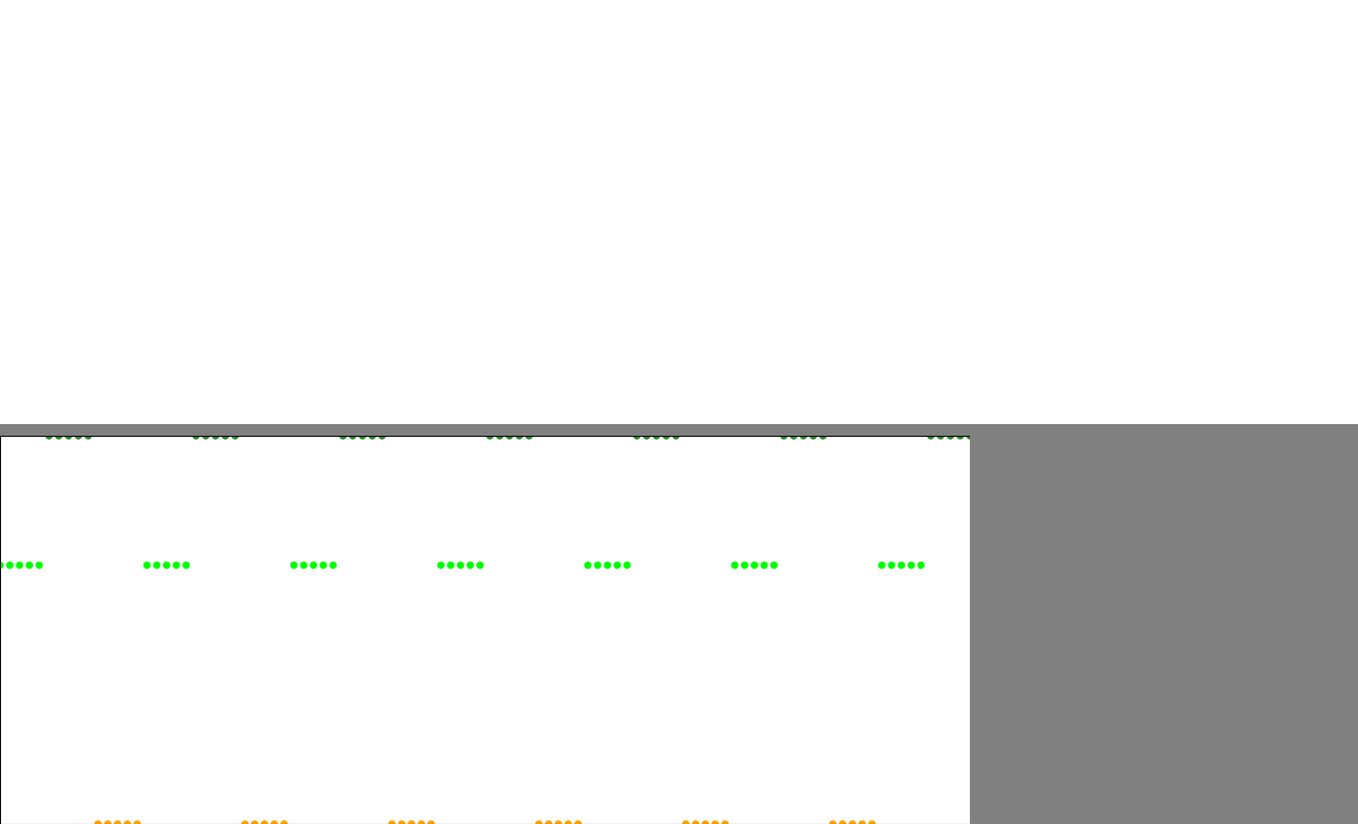
Repository: Carty-Bao/BNPHMM
Script's output: python code/synth.py
An editor plug-in stored every save of this project. The script's output is shown before and after the next save, followed by the edit.
The pictures are shown at 97% of full size.
Each picture stacks the figures in order, with grey between them; figures that are only written to a file come last. Figures wider than 1,400 px are first shrunk to that width. Random numbers start from a fixed seed.

Above is the script's output before, as saved 2022-08-18 10:29:12.

### code/synth.py
'''
author: Jiadi
Date: 2022.5.7
TODO: add parser
'''
import random
from math import ceil
import numpy as np
import pylab as P
from scipy.stats import entropy
# from torch import threshold

def _blob(x,y,area,colour):
    """
    Draws a square-shaped blob with the given area (< 1) at
    the given coordinates.
    """
    hs = np.sqrt(area) / 2
    xcorners = np.array([x - hs, x + hs, x + hs, x - hs])
    ycorners = np.array([y - hs, y - hs, y + hs, y + hs])
    P.fill(xcorners, ycorners, colour, edgecolor=colour)

def hinton(W, maxWeight=None):
    """
    Draws a Hinton diagram for visualizing a weight matrix.
    Temporarily disables matplotlib interactive mode if it is on,
    otherwise this takes forever.
    """
    reenable = False
    if P.isinteractive():
        P.ioff()
    P.clf()
    height, width = W.shape
    if not maxWeight:
        maxWeight = 2**np.ceil(np.log(np.max(np.abs(W)))/np.log(2))

    P.fill(np.array([0,width,width,0]),np.array([0,0,height,height]),'gray')
    P.axis('off')
    P.axis('equal')
    for x in range(width):
        for y in range(height):
            _x = x+1
            _y = y+1
            w = W[y,x]
            if w > 0:
                _blob(_x - 0.5, height - _y + 0.5, min(1,w/maxWeight),'white')
            elif w < 0:
                _blob(_x - 0.5, height - _y + 0.5, min(1,-w/maxWeight),'black')
    if reenable:
        P.ion()
    P.show()

def gen_alpha(type = 'jitter', K = 3):
    '''
    为HMM生成状态转移矩阵和HMM集群中心
    type:调制基形,以PRI为例,可选的调制基形:
    'jitter','stagger','slide','dwell'
    center:不同调制基形对应不同集群中心,如果不指定集群中心,默认中心个数=3

    默认均为一维变量
    '''

    if type == 'jitter':
        assert K==1, "K must be 1"
        alpha = np.eye(K)
    if type in ['stagger', 'agile', 'dwell']:
        alpha = np.eye(K)
        while(1 in np.diag(alpha)):
            np.random.shuffle(alpha)
    if type == 'slide':
        alpha = np.eye(K)
        alpha = np.vstack((alpha[1:],alpha[0]))
    # if type == 'dwell':
    #     tr = np.eye(K)
    #     while(1 in np.diag(tr)):
    #         np.random.shuffle(tr)
    #     alpha = 0.05*tr + np.eye(K)
    return alpha

def Non_ideal_HMM(N, K, XDim=1, mu_sd_factor=0, L=10, spur_ratio=0, miss_ratio=0,type='stagger', mu = None):
    '''N: number of observations
    K: number of discrete components
    XDim: dimensionality of observed data (default = 2)
    mu:HMM集群的中心值，如果没有制定就是[100, 110, 120,...]

    计算虚假脉冲和缺失脉冲个数'''

    spur_num = np.floor(spur_ratio * N)
    miss_num = np.floor(miss_ratio * N)
    N_unideal = int(N + spur_num + miss_num)
    X = np.zeros((N_unideal,XDim))
    Y = np.zeros((N_unideal,L))
    z = np.zeros(K)#记录上一个状态
    Z = np.zeros((N_unideal, 1))
    alpha = gen_alpha(type=type, K=K)

    beta = 0.1 #intial dist params.
    pik = np.random.dirichlet(beta*np.ones(K)) #distribution over initial state p(l_0)
    A = alpha / np.reshape(alpha.sum(axis=1),(K,1))#把alpha归一化
    # mu = np.array([np.random.multivariate_normal(np.zeros(XDim),20*np.eye(XDim)) for _ in range(K)]) #每个类别的均值
    if mu == None:
        mu = np.array([[100+10*i] for i in range(K)])
        mu_init = mu.copy()
    else:
        mu = np.array([mu])
        print(mu)
        mu = mu.T
        mu_init = mu.copy()
    C = np.array([mu_sd_factor*np.eye(XDim) for _ in range(K)])#每个类别的方差
    pr_y = np.array([np.random.dirichlet(0.1*np.ones(L)) for _ in range(K)])#每个类别的可能性的先验概率
    #draw observations:
    n = 0
    bound = X.shape[0]
    while(n<=bound):
        #draw latent component:
        if n==0:
            z = np.random.multinomial(1, pik)
        else:
            prev_z = z.argmax()
            z = np.random.multinomial(1,A[prev_z,:])
        z_n = z.argmax()#记录下一个状态
        if np.random.choice(2, 1, p=[1 - miss_ratio, miss_ratio]) and type is not 'dwell':#缺失脉冲
            X = np.delete(X, n, axis=0)
            Y = np.delete(Y, n, axis=0)
            Z = np.delete(Z, n, axis=0)
            continue
        if np.random.choice(2, 1, p=[1 - spur_ratio, spur_ratio]) and type is not 'dwell':#虚假脉冲
            spur_value = np.random.uniform(low=min(mu),high=max(mu),size=1)
            X[n,:] = np.random.multivariate_normal(spur_value, C[z_n,:,:])
            # Z[n,:] = abs(mu-spur_value).argmin()
            Z[n,:] = K+1
            n+=1
        if type=='dwell':
            for dns in range(5):
                if np.random.choice(2, 1, p=[1 - miss_ratio, miss_ratio]):#缺失脉冲
                    X = np.delete(X, n, axis=0)
                    Y = np.delete(Y, n, axis=0)
                    Z = np.delete(Z, n, axis=0)
                    continue
                if np.random.choice(2, 1, p=[1 - spur_ratio, spur_ratio]):#虚假脉冲
                    spur_value = np.random.uniform(low=min(mu),high=max(mu),size=1)
                    X[n,:] = np.random.multivariate_normal(spur_value, C[z_n,:,:])
                    # Z[n,:] = abs(mu-spur_value).argmin()
                    Z[n,:] = K+1
                    n+=1
                X[n,:] = np.random.multivariate_normal(mu[z_n,:], C[z_n,:,:])
                Y[n,:] = np.random.multinomial(1,pr_y[z_n,:])
                Z[n,:] = z_n
                bound = X.shape[0]-1
                n+=1
                if n>bound:
                    break
        else:
            X[n,:] = np.random.multivariate_normal(mu[z_n,:], C[z_n,:,:])
            if type == 'agile':
                Z[n,:] = np.where(mu_init == mu[z_n,:])[0]
            if (n+1) % K == 0 and type=='agile':
                np.random.shuffle(mu)

        if type !='dwell':
            Y[n,:] = np.random.multinomial(1,pr_y[z_n,:])
            if type != 'agile':
                Z[n,:] = z_n
            n+=1
            bound = X.shape[0]-1
    #返回每个类别的均值
    return X,Y,Z,mu

def workmode_cat(nums = None, Ks = None, mus = None, XDim=1, mu_sd_factor = 0, spur_ratio = 0, miss_ratio = 0, types = None):
    '''
    将生成的数据拼接
    nums Ks types均为列表 长度相同
    '''
    seq_num = len(nums)
    assert len(Ks) == seq_num, "Do not have enough Ks"
    assert len(types) == seq_num, "Do not have enough types"
    assert len(mus) == seq_num, "Do not have enough mus"

    X = None
    Z = None
    mus_grd = None
    paras = zip(nums, Ks, mus, types)
    for para in paras:
        session, _, labels, mu_grd = Non_ideal_HMM(N=para[0], K=para[1],mu = para[2], XDim=XDim, mu_sd_factor=mu_sd_factor, spur_ratio=spur_ratio, miss_ratio=miss_ratio,type=para[3])
        if X is None and mus_grd is None:
            X = session
            Z = labels
            mus_grd = mu_grd
        else:
            X = np.vstack((X, session))
            Z = np.vstack((Z, labels))
            mus_grd = np.vstack((mus_grd, mu_grd))
    return X, Z, mus_grd

def center_compare(center1, center2, threshold):
    '''
    比较两个集群中心
    '''
    diff = np.array([])
    for num in center1:
        diff = np.append(diff,min(abs(num-center2)))
    change = diff.sum()/diff.shape[0] > threshold
    cusum =  float(diff.sum())/diff.shape[0]
    return change,threshold #1是手动设置阈值

def trans_compare(A_1, A_2, mu_1, mu_2,threshold=1):
    def trans(A, order):
        N = len(order)
        # print(order)
        new_matrix = np.zeros((N,N))
        for i, row in enumerate(order):
            for j, col in enumerate(order):
                try:
                    new_matrix[row][col] = A[i][j]
                except IndexError:
                    if A.shape[0] < N:#A_1<A_2,填上0
                        new_matrix[row][col] = 0.1
                    # else:

        return new_matrix

    def trans_order(mu_1,mu_2):
        order = []
        N = len(mu_1)
        minus_dis = []
        for mu in mu_1:
            minus = mu_2 - mu
            order.append(np.argmin(abs(minus)))
            minus_dis.append(np.min(abs(minus)))
        return order

    order = trans_order(mu_1,mu_2)
    A2_new = trans(A_2,order)
    e = 0
    for index in range(len(order)):
        e += entropy(A_1[index], A2_new[index])
    change = e > threshold
    cusum = e
    return change, cusum

if __name__=="__main__":

    import matplotlib as mpl
    mpl.use('TkAgg')
    import matplotlib.pyplot as plt
    import pandas as pd
    np.set_printoptions(threshold=np.inf)
    plt.rc('font',family='Times New Roman')

    #数据生成
    N, K_grnd, K = 100, 5, 10
    X1, _, Z, mu_grd = Non_ideal_HMM(N, K_grnd, mu_sd_factor= 0, spur_ratio=0., miss_ratio=0,type='dwell')

    # Ns = [100,150,180]
    # Ks = [4,5,6]
    # types = ['stagger','slide','stagger']
    # X, mu_grd = workmode_cat(nums=Ns, Ks=Ks, mu_sd_factor=0, spur_ratio=0, miss_ratio=0, types=types)
    pulse = []
    labels = []
    for p, z in zip(X1,Z):
        labels.append(int(z))
        pulse.append(int(p))

    data = [range(len(pulse)),pulse,labels]
    data = zip(*data)
    df = pd.DataFrame(data,columns=['index','X','Z'])
    print(df.head())

    #颜色赋值
    col = []
    colors = ['#FF0000', '#FFA500', '#FFFF00', '#00FF00', '#228B22']
    for i in range(0, len(labels)):
        col.append(colors[int(labels[i])])



    plt.figure(dpi=150,figsize=(16,5))
    # plt.xlabel("PRI index")
    # plt.ylabel("PRI value")
    # plt.title("agile PRI")
    plt.axis('off')
    # plt.plot(range(len(X1)), X1, markersize=6, marker='*',c=col)
    df.plot.scatter('index', 'X', c=col, figsize=(10,4))

    # plt.plot(Z+120)
    plt.subplots_adjust(top = 1, bottom = 0, right = 1, left = 0, hspace = 0, wspace = 0)
    plt.margins(0,0)
    plt.show()
    # plt.savefig("genworkmode/dwell.png", transparent=True, dpi=300, pad_inches = 0)

After the next save:
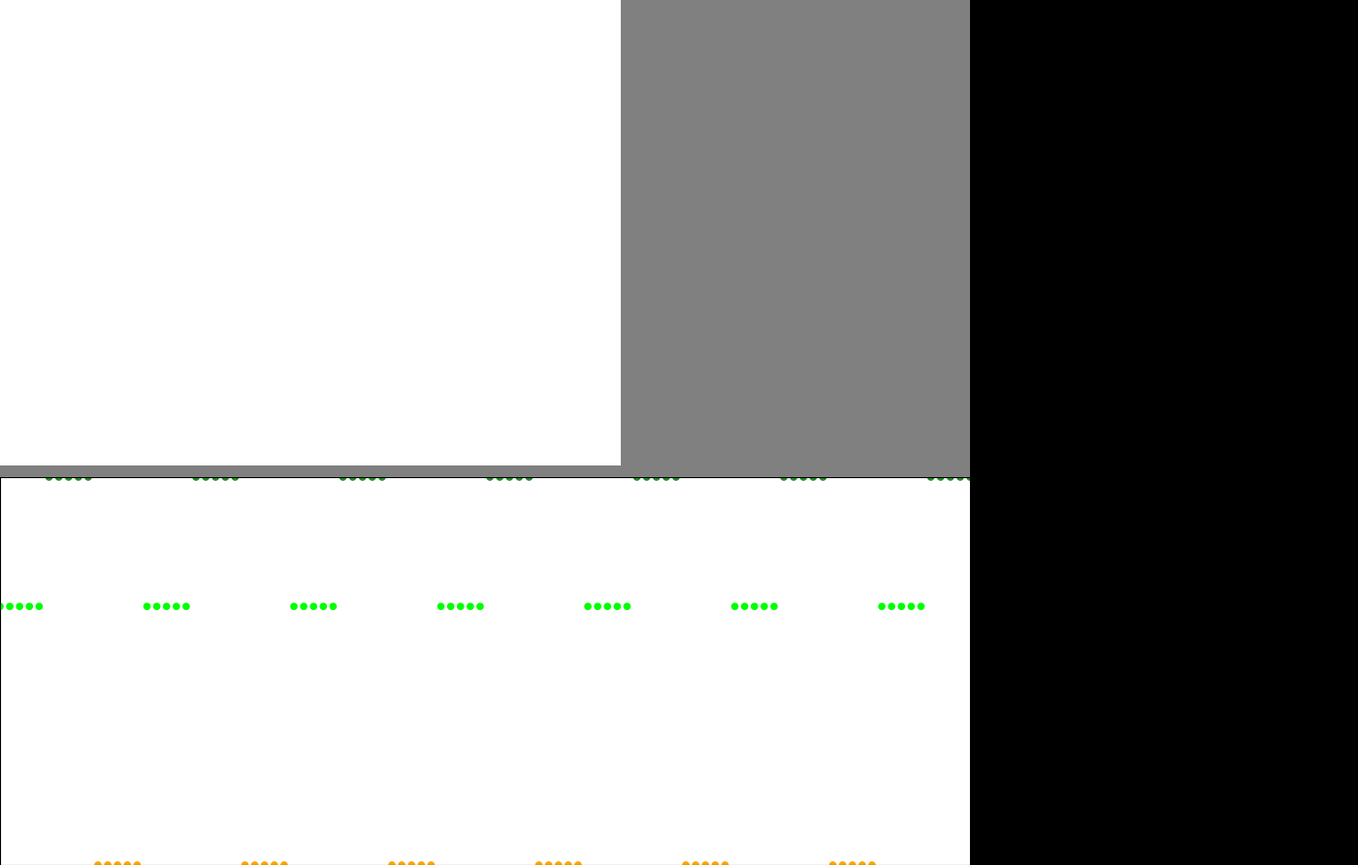
Saved 16 s later.
--- a/code/synth.py
+++ b/code/synth.py
@@ -274,7 +274,7 @@ if __name__=="__main__":
 
 
 
-    plt.figure(dpi=150,figsize=(16,5))
+    # plt.figure(dpi=150,figsize=(16,5))
     # plt.xlabel("PRI index")
     # plt.ylabel("PRI value")
     # plt.title("agile PRI")
